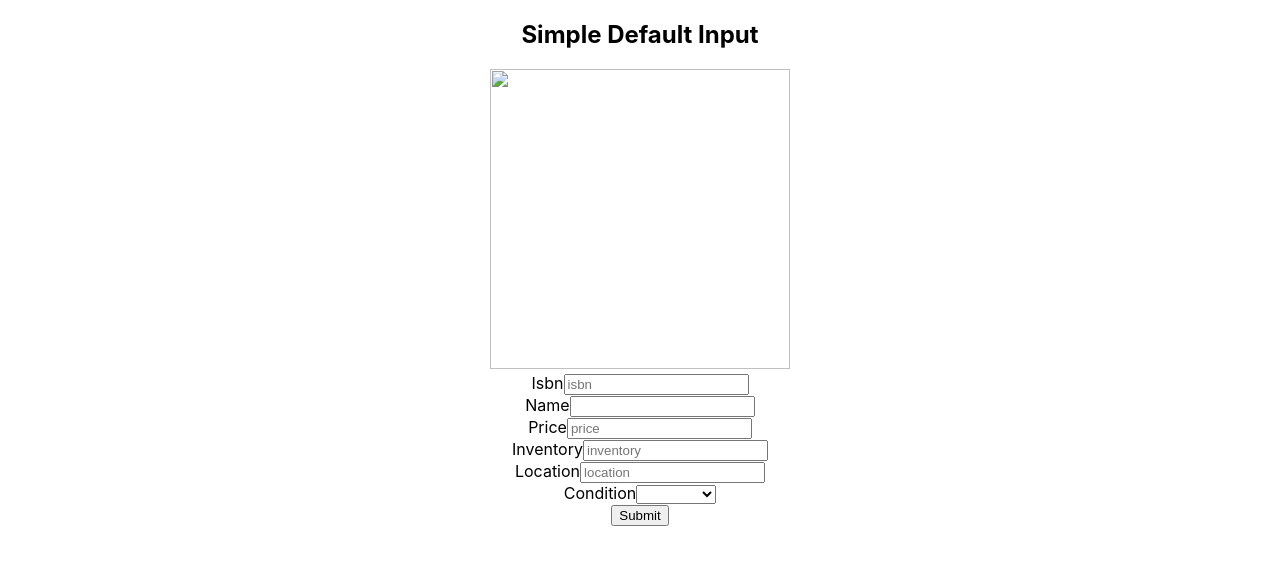
Repository: rishhabh-jain/isbndb
Page: /
An editor plug-in stored every save of this project. The page is shown before and after a run of saves, followed by the edit.
The browser window is 1280 px wide. The pictures show the whole page.
The project was rebuilt for these pictures with package versions that can differ from the ones it lists, and the page was loaded fresh each time.

Above is the page before, as saved 2022-02-03 11:50:35.

### src/App.js
import logo from './logo.svg';
import { Form, Field } from 'react-final-form'
import axios from 'axios';
import React , { useState , useEffect} from 'react';
import './App.css';

function App() {
  const [isbn, setIsbn] = useState("9787878");
  const [authors, setAuthors] = useState([]);
  const [binding, setBinding] = useState("");
  const [image, setImage] = useState("");
  const [title, setTitle] = useState("");
  axios.get('http://localhost:8080/' ,{headers : {
    "Access-Control-Allow-Origin": "*",
    "Access-Control-Allow-Methods": "GET,PUT,POST,DELETE,PATCH,OPTIONS"
  }})
  .then(function (response) {
    // handle success
    console.log(response.data.book);
    setTitle(response.data.book.title);
  })
  .catch(function (error) {
    // handle error
    console.log(error);
  })
  .then(function () {
    console.log("this will be always displayed");
  });
  return (
    <div className="App">
     <Form
    onSubmit={onSubmit}
    render={({ handleSubmit }) => (
      <form onSubmit={handleSubmit}>
        <h2>Simple Default Input</h2>
        <img src={image} width="300" height="300"></img>
        <div>
          <label>Isbn</label>
          <Field name="Isbn" component="input" placeholder="isbn" value={isbn}/>
        </div>
        <div>
          <label>Name</label>
          <Field name="name" component="input" placeholder={title} value={title} />
        </div>
        <div>
          <label>Price</label>
          <Field name="price" component="input" placeholder="price" />
        </div>
        <div>
          <label>Inventory</label>
          <Field name="inventory" component="input" placeholder="inventory" />
        </div>
        <div>
          <label>Location</label>
          <Field name="location" component="input" placeholder="location" />
        </div>
        <div>
          <label>Condition</label>
          <Field name="condition" component="select">
              <option />
              <option value=" Good "> Good </option>
              <option value=" Like new "> Like new </option>
              <option value=" New"> New </option>
              <option value="Readable"> Readable</option>
            </Field>
        </div>

        <button type="submit">Submit</button>
      </form>
    )}
  />
    </div>
  );
}
const onSubmit = () => {
  window.alert("onsubmit working");
}


export default App;

Loaded but not shown: public/index.html (common file); src/index.js (common file); src/index.css (common file); src/reportWebVitals.js (common file); src/App.css (common file)

After the next 2 saves:
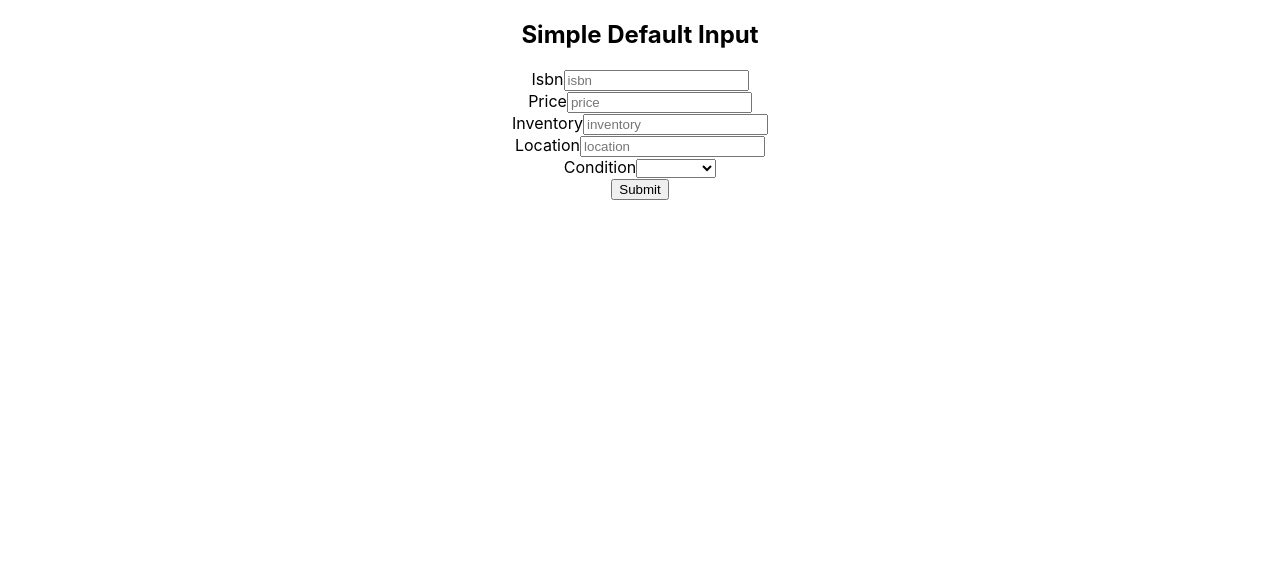
The 2 saves are shown as one change because 1 did not build or start.
The last was saved 42 min 11 s later.
--- a/src/App.js
+++ b/src/App.js
@@ -33,15 +33,14 @@ function App() {
     render={({ handleSubmit }) => (
       <form onSubmit={handleSubmit}>
         <h2>Simple Default Input</h2>
-        <img src={image} width="300" height="300"></img>
         <div>
           <label>Isbn</label>
-          <Field name="Isbn" component="input" placeholder="isbn" value={isbn}/>
+          <Field name="Isbn" component="input" placeholder="isbn" value={isbn}></Field>
         </div>
-        <div>
+        {/* <div>
           <label>Name</label>
-          <Field name="name" component="input" placeholder={title} value={title} />
-        </div>
+          <Field name="name" component="input" placeholder={title} value={title} >{title}</Field>
+        </div> */}
         <div>
           <label>Price</label>
           <Field name="price" component="input" placeholder="price" />
@@ -67,8 +66,10 @@ function App() {
 
         <button type="submit">Submit</button>
       </form>
+
     )}
   />
+
     </div>
   );
 }
